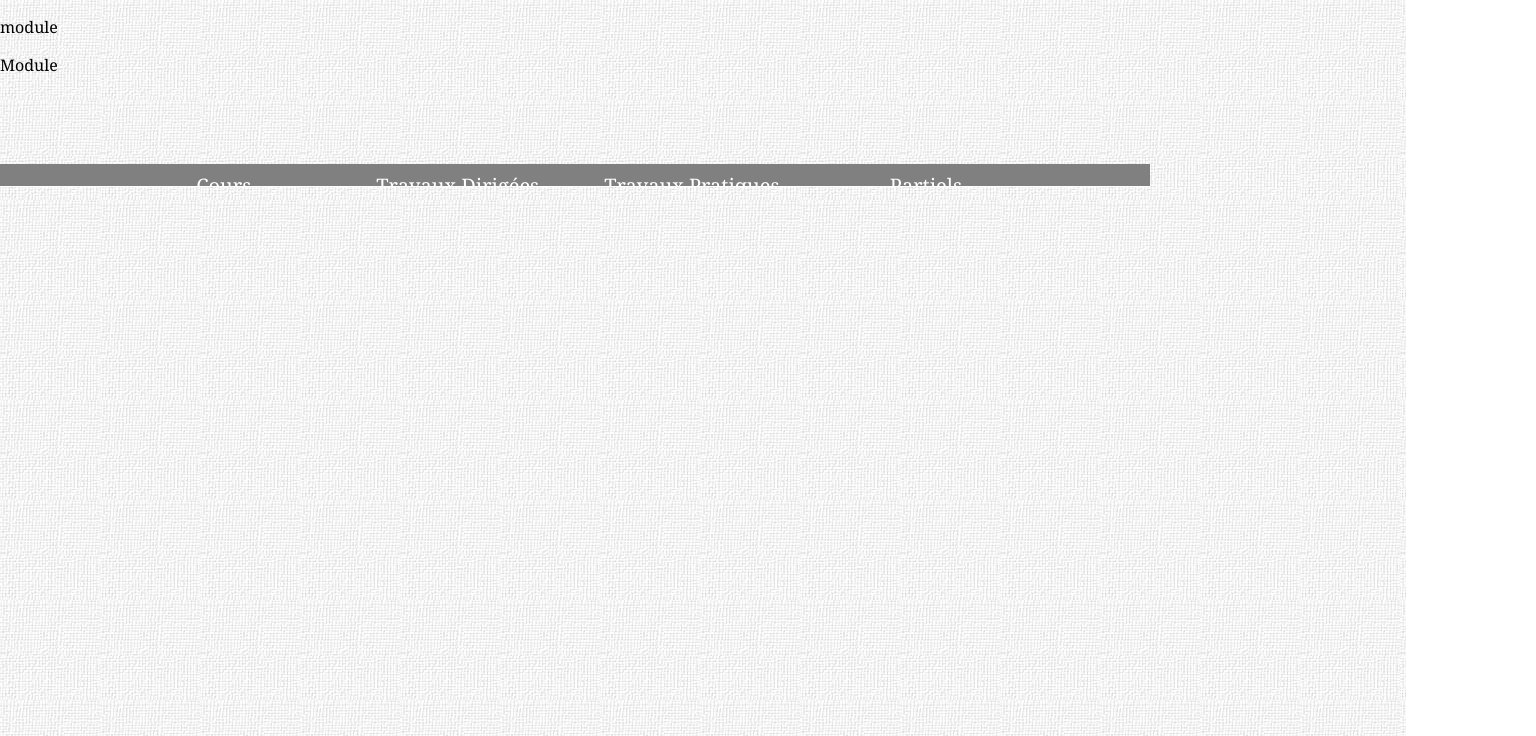
Repository: ValentinArg/PETUT
Page: http://localhost/PETUT/WEB-INF/jsp/eleve/semestre1.jsp
An editor plug-in stored every save of this project. The page is shown before and after the next save, followed by the edit.
The browser window is 1280 px wide. The page is 1406 px wide, then 1536 px, so the pictures cover 1536 px, including what lies to the right of the window. The pictures show the whole page.
After loading, the first visible `#boutonHautBas` was clicked once.
Some web libraries are served in a nearby version. The page is served by Tomcat 9. Nobody is signed in. Other server files are loaded and not shown. The template is opened directly, without the code that normally fills it, so the values that code supplies are empty.

Above is the page before, as saved 2016-10-02 09:48:41.

### PETUT/WebContent/WEB-INF/jsp/eleve/semestre1.jsp
<%@ page language="java" contentType="text/html; charset=ISO-8859-1"
    pageEncoding="ISO-8859-1"%>
<!DOCTYPE html PUBLIC "-//W3C//DTD HTML 4.01 Transitional//EN" "http://www.w3.org/TR/html4/loose.dtd">
<html>
<head>
<meta http-equiv="Content-Type" content="text/html; charset=ISO-8859-1">
<link rel ="stylesheet" href = "/PETUT/css/main.css"/>
<link rel ="stylesheet" href = "/PETUT/css/allSemestres.css"/>
<title>Insert title here</title>
</head>
<body>

	<p class="boutonHautBas" id="boutonHautBas">module</p>
	<jsp:include page="../enTete.jsp"/>
	<div class="navigation" id="navigation">
		<ul>
			<li class="parent" id="parent1"><p class="module">M1101</p></li>
			<li class="parent" id="parent2"><p class="module">M1102</p></li>
			<li class="parent" id="parent1"><p class="module">M1103</p></li>
			<li class="parent" id="parent2"><p class="module">M1104</p></li>
			<li class="parent" id="parent1"><p class="module">M1105</p></li>
			<li class="parent" id="parent2"><p class="module">M1106</p></li>
			<li class="parent" id="parent1"><p class="module">M1107</p></li>
			<li class="parent" id="parent2"><p class="module">M1201</p></li>
			<li class="parent" id="parent1"><p class="module">M1202</p></li>
			<li class="parent" id="parent2"><p class="module">M1203</p></li>
			<li class="parent" id="parent1"><p class="module">M1204</p></li>
			<li class="parent" id="parent2"><p class="module">M1205</p></li>
			<li class="parent" id="parent1"><p class="module">M1206</p></li>
			<li class="parent" id="parent1"><p class="module">Groupe A</p></li>
			<li class="parent" id="parent2"><p class="module">Groupe B</p></li>
			<li class="parent" id="parent1"><p class="module">Groupe C</p></li>
			<li class="parent" id="parent2"><p class="module">Groupe D</p></li>
			<li class="parent" id="parent1"><p class="module">Groupe E</p></li>
			<li class="parent" id="parent2"><p class="module">Groupe F</p></li>
			<li class="parent" id="parent1"><p class="module">Evênement BDE</p></li>

		</ul>

	</div>
	<div class="conteneurGeneral" id="conteneurGeneral">

		<ul class="selection" id="selection">
			<li class=" type"><p>Cours</p></li>
			<li class="type"><p>Travaux Dirigées</p></li>
			<li class="type"><p>Travaux Pratiques</p></li>
			<li class="type"><p>Partiels</p></li>
		</ul>
	</div>
	<script type="text/javascript">

		var haut = false
		function slideUp(){
			if(!haut){
				$('#navigation').slideUp(1000);
				//document.getElementById('conteneurGeneral').style.marginLeft="0px"
				$('#conteneurGeneral').animate({ "left": "-=20%" }, 1000 );
				$('#conteneurGeneral').animate({ "width": "+=20%" }, 1000 );
				haut = true;
			}else{
				$('#navigation').slideDown();
				document.getElementById('conteneurGeneral').style.marginLeft="20%"
				haut = false;
			}
		}

		$( '#boutonHautBas' ).click(function(){
			slideUp()});
	</script>
</body>
</html>

### PETUT/WebContent/WEB-INF/jsp/enTete.jsp
<%@ page language="java" contentType="text/html; charset=ISO-8859-1"
    pageEncoding="ISO-8859-1"%>
<!DOCTYPE html PUBLIC "-//W3C//DTD HTML 4.01 Transitional//EN" "http://www.w3.org/TR/html4/loose.dtd">
<html>
<head>
	<meta http-equiv="Content-Type" content="text/html; charset=ISO-8859-1">
	<title>Insert title here</title>
	<link rel ="stylesheet" href = "/PE2I/css/main.css"/>
	<script src="https://code.jquery.com/jquery-1.12.4.js"></script>
  	<script src="https://code.jquery.com/ui/1.12.1/jquery-ui.js"></script>

</head>
<body>
	<div class=enTete>
		<p class="boutonHautBas" id="boutonHautBas">Module</p>
		<ul class="nav" id="nav">
			<c:forEach var="forum" items="${listeForum}">
				<li class=" partie"><a class="forum" id="${forum.id}"><c:out value="${forum.nom}"/></a></li>
			</c:forEach>
			<!-- <li class="partie" id="banniere"><a>PETUT</a></li>-
			<li class=" partie"><a class="forum" id="1">Cours</a></li>
			<li class="partie"><a class="forum" id="2">Travaux Dirigées</a></li>
			<li class="partie"><a class="forum" id="3">Travaux Pratiques</a></li>
			<li class="partie"><a class="forum" id="4">Partiels</a></li>
			<li class="partie"><a>Mon Compte</a></li>-->
		</ul>
	</div>

</body>
</html>

### PETUT/WebContent/css/main.css
@CHARSET "ISO-8859-1";

@CHARSET "UTF-8";
/* Général ------------------------------------------------------------------------------------- */

html {
  height: 100%;
  box-sizing: border-box;
}

*,
*:before,
*:after {
  box-sizing: inherit;
}

body {
	background-image : url(../images/fond.jpg);
	position: relative;
 	margin: 0;
  padding-bottom: 6rem;
  min-height: 100%;
}

body,p,legend, label, input {
    font: normal 8pt;
    font-family:  Georgia, serif;
}

header img {
	width:470px;
	display:inline;
}
header .logoiut{
	height:135px;
	width:215px;
}
header{

	height:135px;
	margin-left:auto;
	margin-right:auto;
	background-image : url(../images/fondbanniere.jpg);
	width:85%;
	min-width:880px;
}
nav {
	width:85%;
	min-width:880px;
	margin-left:auto;
	margin-right:auto;
	text-align:left;

}
.general{
	width:85%;
	min-width:880px;
	margin-left:auto;
	margin-right:auto;
	background-image:url(../images/fondgeneral.jpg);
	padding-top:30px;
	padding-bottom:10px;
	min-height:69vh;
	margin-bottom:-24px;
}
footer {
	width:85%;
	min-width:880px;
	margin-left:auto;
	margin-right:auto;
	font-size:80%;
	position: absolute;
  	right: 0;
  	bottom: 0;
  	left: 0;
  	padding: 1rem;
  	margin-top:0;
	background-image:url(../images/fondgeneral.jpg);
}

### PETUT/WebContent/css/allSemestres.css
.parent{

	list-style:none;
	font-size:15px;
	cursor:pointer;
	width:100%;
	display:inline-block;

}

.navigation ul{
	width:100%;
	display:inline-block;

}




ul{
	margin:0;
	padding:0;
}

.ue {

	border-top:solid 1px white;
	display:block;
	padding:10px;
	text-align:center;
	background-color:#4CAF50;
	margin:0;
}

.ue:hover{
	color:white;
}

.module p{

	border:none;
	border-bottom:solid 1px white;
	display: block;
	padding:10px;
	text-align:center;
	background-color:#333;
	margin:0;


}

.module p:hover{
	color:white;
	cursor:pointer;
}

.semestres{
	background-color:#4CAF50;

}

a{
	cursor:pointer;
}





body{

	margin:0;
	padding:0;
}



.navigation{

	display:inline-block;
	list-style : none;
	margin:0;
	padding:0;
	position: relative;
	z-index:5;
	width:20%;
	border-bottom:solid 1px white;
	text-align:center;
	height:95.5%;
	max-height:95.3%;
	overflow: auto;


}

.conteneurGeneral{
	text-align:justify;
	display:inline-block;
	height:100%;
	position:relative;
	width: 80%;
	margin:0;
	margin-left:20%;
	padding:0;
	margin-top:50px;
	vertical-align:top;

}

.selection{
	display:block;
	vertical-align:top;
	list-style : none;
	margin:0;
	background: Grey;
	z-index:5;
	height:4.7%;
	border-bottom:solid 1px white;
	text-align: center;

}



.type {
	display: inline-block;
	padding:8px;
	font-size:20px;
	height:20px;
	vertical-align:top;
	width:20%;

}

.type p {
	margin:0;
	padding:0;
	color:white;
	cursor:pointer;
}

.type:hover{
	background:#333;

}

.tableauTopic{
	text-align: center;
	position:relative;
	display:block;

}

After the next save:
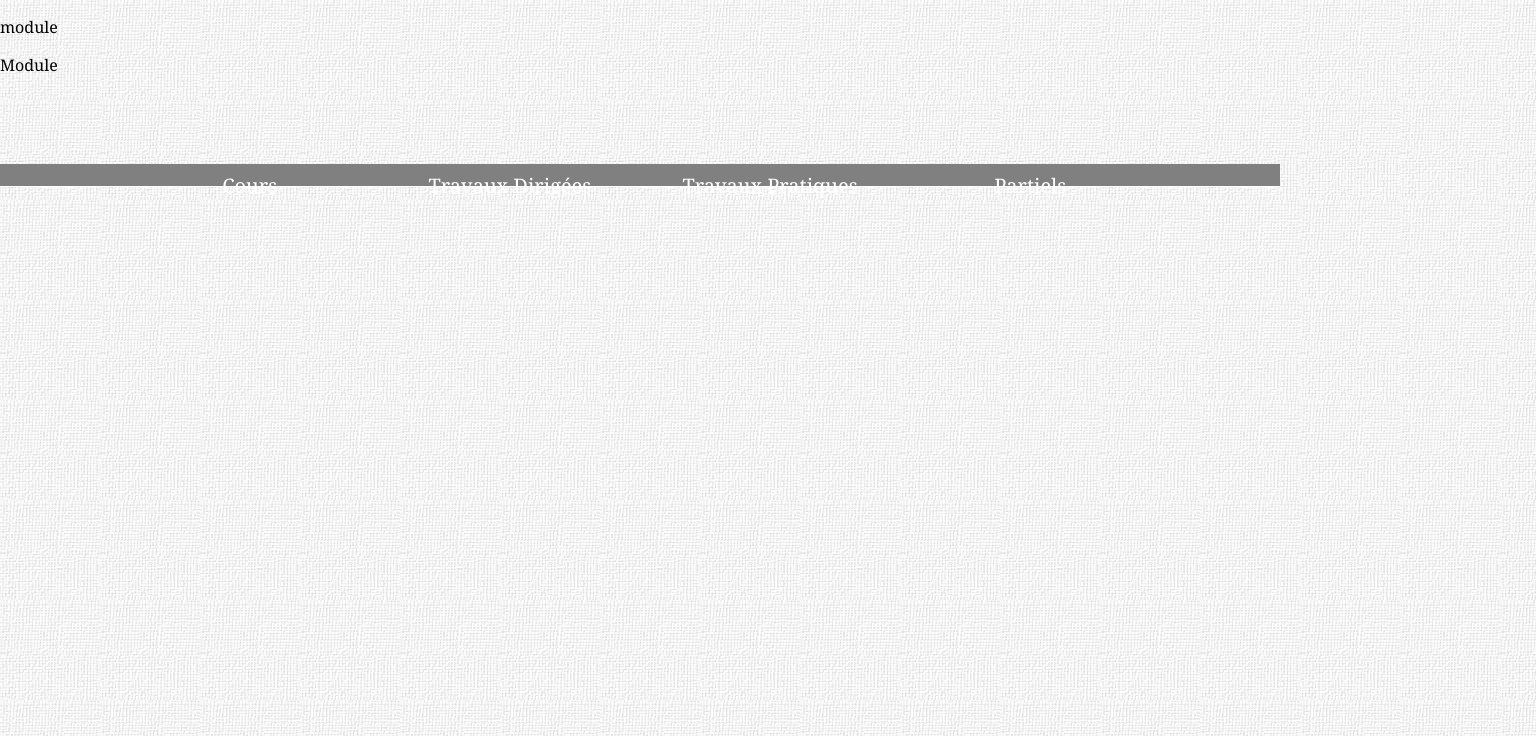
Saved 23 s later.
--- a/PETUT/WebContent/WEB-INF/jsp/eleve/semestre1.jsp
+++ b/PETUT/WebContent/WEB-INF/jsp/eleve/semestre1.jsp
@@ -54,8 +54,8 @@
 			if(!haut){
 				$('#navigation').slideUp(1000);
 				//document.getElementById('conteneurGeneral').style.marginLeft="0px"
-				$('#conteneurGeneral').animate({ "left": "-=20%" }, 1000 );
-				$('#conteneurGeneral').animate({ "width": "+=20%" }, 1000 );
+				$('#conteneurGeneral').animate({ "left": "-=20%","width": "+=20%" }, 1000 );
+				//$('#conteneurGeneral').animate({ "width": "+=20%" }, 1000 );
 				haut = true;
 			}else{
 				$('#navigation').slideDown();
